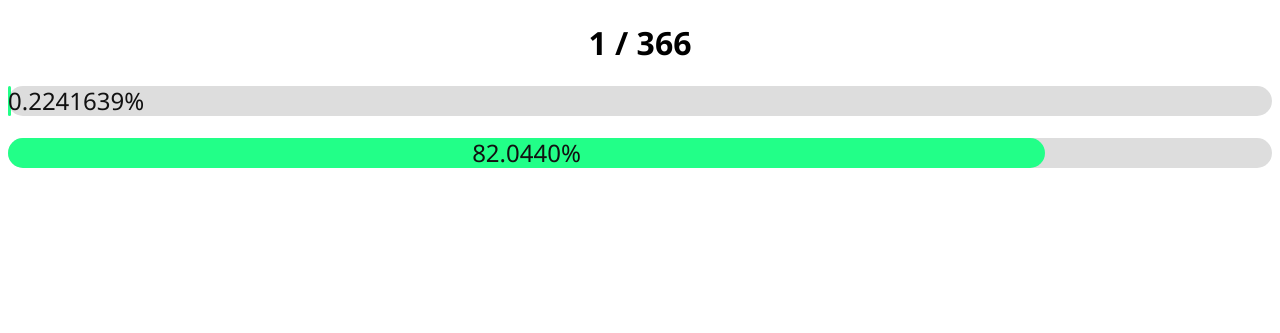
Repository: end888160/end888160.github.io
Page: progress_2.html
The author's editor kept a copy of each file at every save. The page is drawn from the files as they stood at one save, then again after the next save.
The browser window is 1280 px wide. The pictures show the whole page.

Above is the page before, as saved 2024-09-22 02:17:57.

### progress_2.html
<!DOCTYPE html>
<html>
<style>
	html {
		font-family: 'Segoe UI', Tahoma, Geneva, Verdana, sans-serif;
	}
#countDownProgress {
	width: 100%;
	background-color: #ddd;
	border-radius: 1cm;
}
#countDownProgress2 {
	width: 100%;
	background-color: #ddd;
	border-radius: 1cm;
}

#countDownBar {
	width: 10%;
	height: 30px;
	background-color: #2f8;
	text-align: center;
	line-height: 30px;
	color: #111;
	border-radius:1cm;
	font-size: x-large;
}
#countDownBar2 {
	width: 10%;
	height: 30px;
	background-color: #2f8;
	text-align: center;
	line-height: 30px;
	color: #111;
	border-radius:1cm;
	font-size: x-large;
}
	@media (prefers-color-scheme: dark) {
		#countDownProgress {
			background-color: #333;
		}
		#countDownBar {
			background-color: #496;
			color: #ddd;

		}
		#countDownProgress2{
			background-color: #333;
		}
		#countDownBar2 {
			background-color: #496;
			color: #ddd;

		}
		html {
			color: #ddd;
			background-color: #222;
		}
	}
	@media only screen and (max-width: 600px) {
		#countDownBar {
			height: 60px;
			font-size: xx-large;
		}
		#countDownBar2 {
			height: 60px;
			font-size: xx-large;
		}
	}
</style>
<body>

<h1 id="caption" style="text-align: center;"></h1>

<div id="countDownProgress">
	<div id="countDownBar"></div>
</div>

<script>
	var i=0
function progress() {
	var countDownTarget = new Date().getFullYear() + 1;
  if (i == 0) {
    i = 1;
    var elem = document.getElementById("countDownBar");
    var width = 0;
    function frame() {
      if (((new Date().getTime() - new Date("Jan 1, " + ( countDownTarget - 1) + " 00:00:00")) / ( new Date("Jan 1, " + countDownTarget + " 00:00:00").getTime() - new Date("Jan 1, " + ( countDownTarget - 1) + " 00:00:00")) * 100).toFixed(8) >= 100) {
        clearInterval(id);
        i = 0;
      } else {
        elem.style.width = ((new Date().getTime() - new Date("Jan 1, " + ( countDownTarget - 1) + " 00:00:00")) / ( new Date("Jan 1, " + countDownTarget + " 00:00:00").getTime() - new Date("Jan 1, " + ( countDownTarget - 1) + " 00:00:00")) * 100).toFixed(7) + "%";
        elem.innerHTML = ((new Date().getTime() - new Date("Jan 1, " + ( countDownTarget - 1) + " 00:00:00")) / ( new Date("Jan 1, " + countDownTarget + " 00:00:00").getTime() - new Date("Jan 1, " + ( countDownTarget - 1) + " 00:00:00")) * 100).toFixed(7)  + "%";
      }
    }
	setInterval(frame, 50);
	document.title = countDownTarget - 1 + " is " + ((new Date().getTime() - new Date("Jan 1, " + ( countDownTarget - 1) + " 00:00:00")) / ( new Date("Jan 1, " + countDownTarget + " 00:00:00").getTime() - new Date("Jan 1, " + ( countDownTarget - 1) + " 00:00:00")) * 100).toFixed(1) + "% complete."
  }

}
function count() {
	progress();
	setTimeout(count, 1)
}

count()
</script>


<br>

<div id="countDownProgress2">
	<div id="countDownBar2"></div>
</div>


<script>
	var i=0
function progress() {
	var countDownTarget = new Date().getFullYear() + 1;
	if (i == 0) {
		i = 1;
		var elem = document.getElementById("countDownBar2");
		var width = 0;
		function frame() {
			if ((new Date().getFullYear() % 4 === 0 && new Date().getFullYear() % 100 !== 0) || (new Date().getFullYear() % 400 === 0)) {
				document.getElementById("caption").innerHTML = Math.ceil(((new Date() - new Date(new Date().getFullYear(), 0, 1))) / (1000 * 60 * 60 * 24)) +" / 366";
			} else {
				document.getElementById("caption").innerHTML = Math.ceil(((new Date() - new Date(new Date().getFullYear(), 0, 1))) / (1000 * 60 * 60 * 24)) +" / 365";
			}

			if (((new Date().getTime() - new Date("Jan 1, " + ( countDownTarget - 1) + " 00:00:00")) / ( new Date("Jan 1, " + countDownTarget + " 00:00:00").getTime() - new Date("Jan 1, " + ( countDownTarget - 1) + " 00:00:00")) * 100).toFixed(8) >= 100) {
				clearInterval(id);
				i = 0;
			} else {
				elem.style.width = ((new Date().getHours() * 3600000 + new Date().getMinutes() * 60000 + new Date().getSeconds() * 1000 + new Date().getMilliseconds()) / 864000).toFixed(4) + "%";
				elem.innerHTML = ((new Date().getHours() * 3600000 + new Date().getMinutes() * 60000 + new Date().getSeconds() * 1000 + new Date().getMilliseconds()) / 864000).toFixed(4)  + "%";
			}
		}

	setInterval(frame, 50);
	}

}
function count() {
	progress();
	setTimeout(count, 1)
}

count()
</script>

</body>
</html>

After the next save:
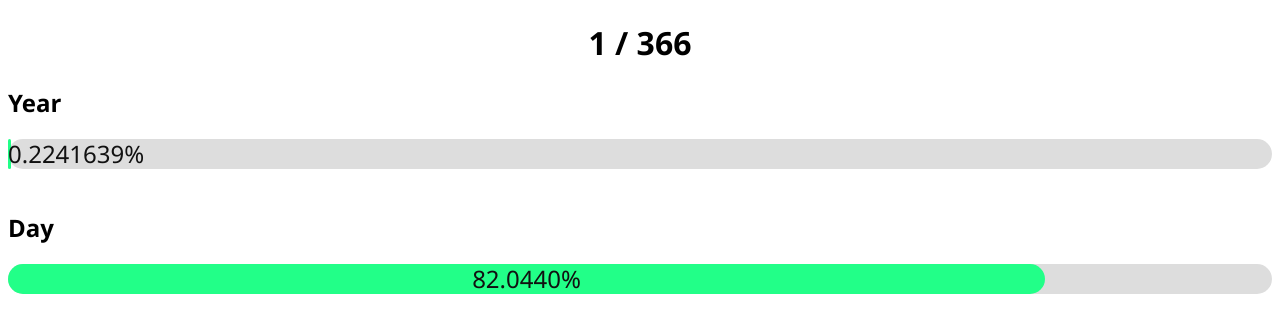
Saved 35 s later.
--- a/progress_2.html
+++ b/progress_2.html
@@ -72,6 +72,7 @@
 
 <h1 id="caption" style="text-align: center;"></h1>
 
+<h2>Year</h2>
 <div id="countDownProgress">
 	<div id="countDownBar"></div>
 </div>
@@ -108,7 +109,7 @@ count()
 
 
 <br>
-
+<h2>Day</h2>
 <div id="countDownProgress2">
 	<div id="countDownBar2"></div>
 </div>
